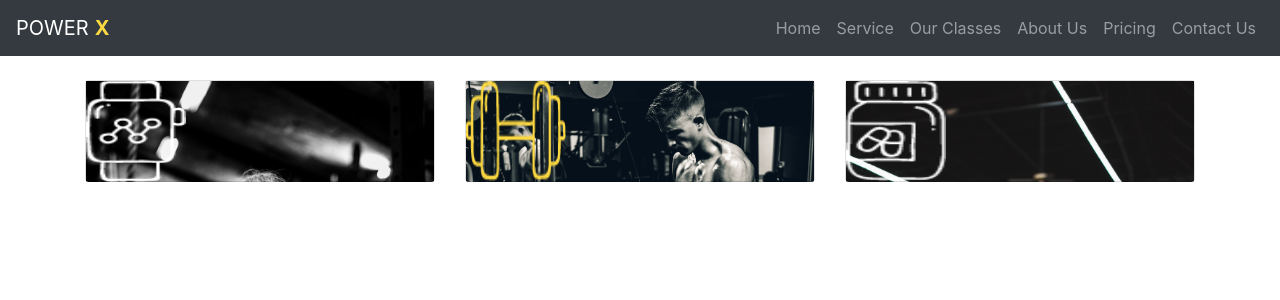
Repository: arif286/power-x-gym
Page: /
An editor plug-in stored every save of this project. The page is shown before and after the next save, followed by the edit.
The browser window is 1280 px wide. The pictures show the whole page.
The project was rebuilt for these pictures with package versions that can differ from the ones it lists, and the page was loaded fresh each time.

Above is the page before, as saved 2021-04-06 18:57:39.

### src/index.js
import React from 'react';
import ReactDOM from 'react-dom';
import App from './App';
import "./index.css";
import reportWebVitals from './reportWebVitals';
ReactDOM.render(
  <React.StrictMode>
    <App />
  </React.StrictMode>,
  document.getElementById('root')
);

// If you want to start measuring performance in your app, pass a function
// to log results (for example: reportWebVitals(console.log))
// or send to an analytics endpoint. Learn more: https://bit.ly/CRA-vitals
reportWebVitals();

### src/App.js
import "bootstrap/dist/css/bootstrap.min.css";
import React from 'react';
import { BrowserRouter as Router, Route, Switch } from "react-router-dom";
import Header from './components/Header/Header';
import Home from './components/Home/Home';
function App() {
  return (
    <div>
      <Router>
        <Header/>
        <Switch>
          <Route path='/home'>
            <Home/>
          </Route>
          <Route exact path='/'>
            <Home/>
          </Route>
        </Switch>
      </Router>
    </div>
  );
}

export default App;

### src/components/Header/Header.js
import React from "react";
import { Nav, Navbar } from "react-bootstrap";


const Header = () => {

  return (
    <div>
      <Navbar bg="dark" variant="dark">
        <Navbar.Brand href="#home">
          POWER
          <span style={{ color: "#FCD842",marginLeft:'6px', fontWeight:700 }}>X</span>
        </Navbar.Brand>
        <Nav className="ml-auto">
          <Nav.Link href="#home">Home</Nav.Link>
          <Nav.Link href="#features">Service</Nav.Link>
          <Nav.Link href="#features">Our Classes</Nav.Link>
          <Nav.Link href="#features">About Us</Nav.Link>
          <Nav.Link href="#features">Pricing</Nav.Link>
          <Nav.Link href="#pricing">Contact Us</Nav.Link>
        </Nav>
      </Navbar>
      <br />
    </div>
  );
};

export default Header;

### src/components/Home/Home.js
import React from "react";
import WorkOut from "../WorkOut/WorkOut";

const Home = () => {
  return (
    <>
     <WorkOut/>
    </>
  );
};

export default Home;

### src/components/WorkOut/WorkOut.js
import React from "react";
import { Card, Col, Container, Row } from "react-bootstrap";
import watch from '../../power-x-gym/Image & Icon/Group 80.png';
import dumble from '../../power-x-gym/Image & Icon/Group 81.png';
import box from '../../power-x-gym/Image & Icon/Group 82.png';
import './WorkOut.css';

const WorkOut = () => {
  return (
    <>
      <Container>
        <Row className='row-cols-1 row-cols-md-3 g-4'>
          <Col>
            <Card className="hard-work work-card h-100">
              <img src={watch} className='work-img' alt="" />
            </Card>
          </Col>
          <Col>
            <Card className="work-out work-card h-100">
              <img className='work-img' src={dumble} alt="" />
            </Card>
          </Col>
          <Col>
            <Card className="nutrition work-card h-100">
              <img className='work-img' src={box} alt="" />
            </Card>
          </Col>
        </Row>
      </Container>
    </>
  );
};

export default WorkOut;

### src/components/WorkOut/WorkOut.css
.hard-work {
  background-image: url("../../power-x-gym/Image & Icon/hipcravo-5UbIqV58CW8-unsplash.jpg");
}
.work-out {
  background-image: url("../../power-x-gym/Image & Icon/daniel-apodaca-WdoQio6HPVA-unsplash.jpg");
}
.nutrition {
  background-image: url("../../power-x-gym/Image & Icon/penguinuhh-8VI6WwEEEHw-unsplash.jpg");
}
.work-card {
  background-repeat: no-repeat;
  background-size: cover;
}
.work-img {
  width: 100px;
  height: 100px;
}

Loaded but not shown: public/index.html (common file); src/index.css (common file); src/reportWebVitals.js (common file)

After the next save:
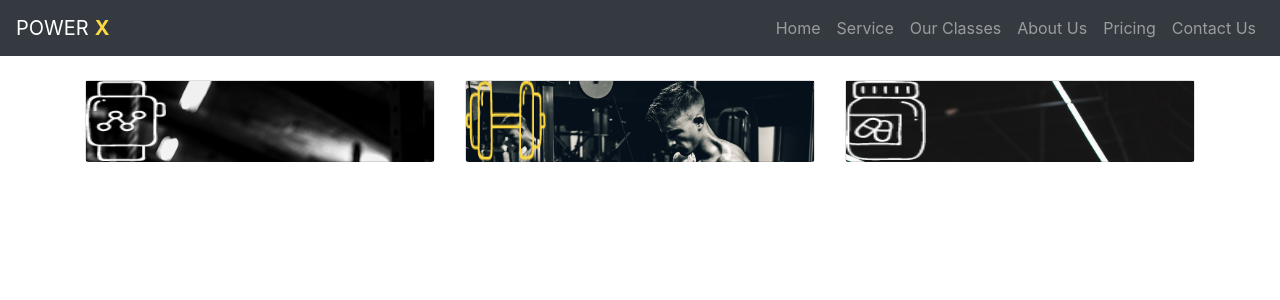
Saved 56 s later.
--- a/src/components/WorkOut/WorkOut.css
+++ b/src/components/WorkOut/WorkOut.css
@@ -12,6 +12,6 @@
   background-size: cover;
 }
 .work-img {
-  width: 100px;
-  height: 100px;
+  width: 80px;
+  height: 80px;
 }
